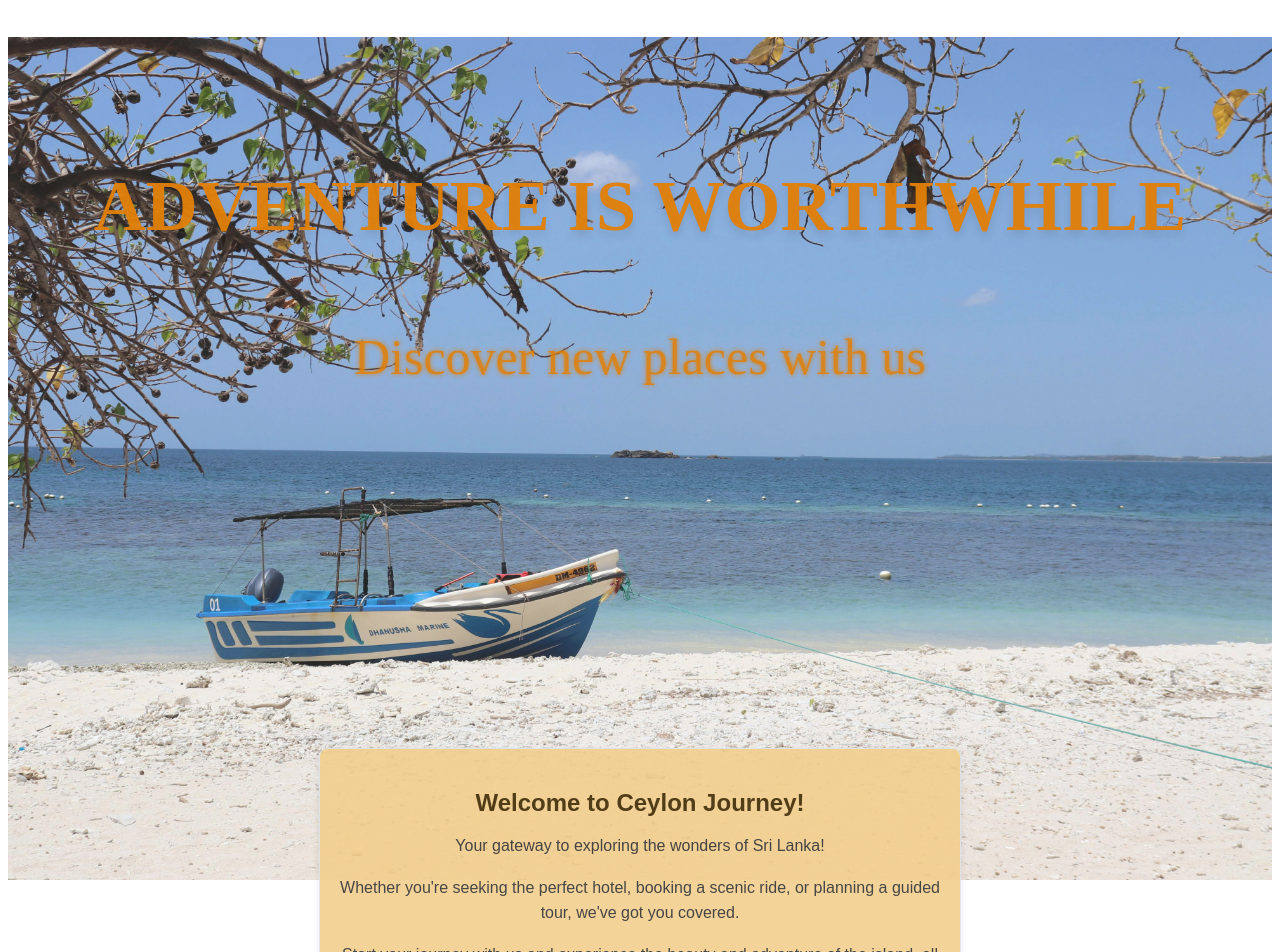
Repository: KasunInd27/Ceylon-Journey
Page: Home/home.html
An editor plug-in stored every save of this project. The page is shown before and after the next save, followed by the edit.
The browser window is 1280 px wide. The pictures show the part of the page from y = 0 to 952 px (the page is 1542 px tall).
A picture or video elsewhere on the page could not be fetched, so the positions and the page height are approximate.

Above is the page before, as saved 2024-10-05 16:07:35.
Console error: SyntaxError: Unexpected token '<'

### Home/home.html
<!DOCTYPE html>
<html lang="en">
<head>
    <meta charset="UTF-8">
    <meta name="viewport" content="width=device-width, initial-scale=1.0">
    <!-- Font Awesome CDN link for using icons -->
    <link rel="stylesheet" href="https://cdnjs.cloudflare.com/ajax/libs/font-awesome/5.15.3/css/all.min.css">
    <link href="https://fonts.googleapis.com/css2?family=Roboto:wght@400;700&display=swap" rel="stylesheet">

    <link rel="stylesheet" href="CSS/home.css">
    <script src="JS/home.js"></script>
    <style>
        .mySlides {display:none;}
    </style>
    <title>Home Page</title>
</head>
<body>
    <section class="home" id="home">
        <div class="content">
            <h3>adventure is worthwhile</h3>
            <p>Discover new places with us</p>
        </div>

        <div class="slide">
            <img class="homeSlides" src="../image/train.jpg" style="width:100%">
            <img class="homeSlides" src="../image/boat.jpg" style="width:100%">
            <img class="homeSlides" src="../image/fish.jpg" style="width:100%">
        </div>
    </section>

    <section class="welcome">
        <h2>Welcome to Ceylon Journey!</h2>
        <p>Your gateway to exploring the wonders of Sri Lanka!</p>
        <p>Whether you're seeking the perfect hotel, booking a scenic ride, or planning a guided tour, we've got you covered.</p>
        <p>Start your journey with us and experience the beauty and adventure of the island, all in one place.</p>
    </section>

    <div class="details">
        <div class="detailsInner">
            <h2>300 + hotel</h2>
            <a href="#"><img src="../image/hotel-home.jpg"></a>
            <a href="#"><p>For affordable prices</p></a>
        </div>

        <div class="detailsInner">
            <h2>Discover beauty of Sri Lanka</h2>
            <a href="#"><img src="../image/place-home.jpg"></a>
            <a href="#"><p>Most trending destinations</p></a>
        </div>

        <div class="detailsInner">
            <h2>Fascinating Discount</h2>
            <a href="#"><img src="../image/discount-home.jpg"></a>
            <a href="#"><p>Enjoy discount for your stay</p></a>
        </div>
    </div>








    <script>
        var myIndex = 0;
        carousel();

        function carousel() {
          var i;
          var x = document.getElementsByClassName("homeSlides");
          for (i = 0; i < x.length; i++) {
            x[i].style.display = "none";
          }
          myIndex++;
          if (myIndex > x.length) {myIndex = 1}
          x[myIndex-1].style.display = "block";
          setTimeout(carousel, 4000); // Change image every 2 seconds
        }
        </script>




</body>
</html>

### Home/CSS/home.css
.home.controls {
    padding: 1rem;
    border-radius: 5rem;
    background: rgba(169, 1, 1, 0.7);
    position: relative;
    top: 10rem;

}

.home .controls .img-btn {

    height: 2rem;
    width: 2rem;
    display: inline-block;
    border-radius: 50%;
    background: #fff;
    cursor: pointer;
    margin: 0 .5rem;

}
.home .controls .img-btn.active {
    background: var(--orange);
}

.content
{
    margin-top: -200px;
    text-shadow: 0px 0px 5px;
}

#home {
    min-height: 100vh;
    /* Ensures it takes up the full viewport height */
    display: flex;
    /* Enables flexbox layout */
    align-items: center;
    /* Vertically centers content */
    justify-content: center;
    /* Horizontally centers content */
    flex-flow: column;
    /* Aligns children in a column layout */
    position: relative;
    /* Allows child elements to use absolute positioning */
    z-index: 0;
    /* Ensures this section has the correct stacking order */
    margin-left: 0px;
    margin-right: 0px;
}
.home .content {
    text-align: center;
    /* Centers the text within the .content container */
}
/* Styles for h3 elements inside the .content class within the .home section */

.home .content h3 {
    font-size: 4.5rem;
    /* Sets a large font size for the heading */
    color: #e17f08f4;
    /* White text color */
    text-transform: uppercase;
    /* Makes the text uppercase */
    text-shadow: 0 .3rem .5rem rgba(0, 0, 0, .1);
    /* Adds a soft shadow to the text */
}

.home .content p {
    font-size: 2.5rem;
    /* Sets the font size for paragraphs inside the .content class in the .home section */
    color: #e17f08f4;
    /* Sets the text color to white */
    padding: 0.5rem 0;
    /* Adds vertical padding (top and bottom) of 0.5rem */
    opacity: 0.90;
    z-index: -1;
    font-size: 50px;
}


.slide
{
    margin-top: -590px;
    background-size:contain;
    background-position:center;
    background-repeat: no-repeat;
    position:absolute;
    width: 100%;
    height: 10%;
    opacity: 0.90;
    z-index: -1;
}

.welcome {
    background-color: #f3cf8e; /* Light background */
    border: 1px solid #dee2e6; /* Border around the section */
    border-radius: 8px; /* Rounded corners */
    padding: 20px; /* Padding inside the section */
    margin: 20px auto; /* Center the section */
    max-width: 600px; /* Maximum width */
    text-align: center; /* Center text */
    box-shadow: 0 4px 8px rgba(0, 0, 0, 0.1); /* Subtle shadow for depth */
    font-family: 'Playwrite Deutschland Grundschrift', sans-serif; /* Apply the Roboto font */
    z-index: -1;
    opacity: 0.90;
}

.welcome h2 {
    color: #412b03; /* Primary color for heading */
    margin-bottom: 15px; /* Space below the heading */
    z-index: -5;
}

.welcome p {
    color: #333; /* Dark gray for text */
    line-height: 1.6; /* Improved line spacing */
    margin-bottom: 10px; /* Space below paragraphs */
    z-index: -5;
}

.details{
    display: flex;
}

.detailsInner {
    background-color: white;
    box-shadow: 0px 0px 10px rgba(0, 0, 0, 0.3);
    border-radius: 5px;
    align-items:self-start;
    margin: 50px;
    height: 390px;
    width: 400px;
}

.detailsInner img {
    width: 100%;
}

.detailsInner img:hover{
    cursor: pointer;
}

.detailsInner h2 {
    color: #dd8d15;
}

.detailsInner a {
    text-decoration: none;
    color: #f1a32d;
}

.detailsInner:hover{
    font-weight: bold;
    cursor: pointer;
    transform: scale(1.1);
}

.details .detailsInner h2
{
    text-align: center;
    align-items: center;
}

.details .detailsInner p
{
    text-align: center;
    align-items: center;
    font-size: 20px;
}

### Home/JS/home.js
<!DOCTYPE html>
<html lang="en">
<head>
    <meta charset="UTF-8">
    <meta name="viewport" content="width=device-width, initial-scale=1.0">
    <!-- Font Awesome CDN link for using icons -->
    <link rel="stylesheet" href="https://cdnjs.cloudflare.com/ajax/libs/font-awesome/5.15.3/css/all.min.css">
    <link href="https://fonts.googleapis.com/css2?family=Roboto:wght@400;700&display=swap" rel="stylesheet">

    <link rel="stylesheet" href="CSS/home.css">
    <script src="JS/home.js"></script>
    <style>.imgSlide {display:none;}</style>
    <title>Home Page</title>
</head>
<body>
    <section class="home" id="home">
        <div class="content">
            <h3>adventure is worthwhile</h3>
            <p>discover new places with us,adventure awaits</p>
            <a href="#" class="btn">discover more</a>
        </div>

        <div class="image-slide" style="max-width:500px">
            <img class="imgSlide" src="../image/train.jpg" style="width:100%">
            <img class="imgSlide" src="../image/elephants.jpg" style="width:100%">
            <img class="imgSlide" src="../image/boats.jpg" style="width:100%">
            <img class="imgSlide" src="../image/fish.jpg" style="width:100%">
            <img class="imgSlide" src="../image/arc.jpg" style="width:100%">

        </div>


    </section>
</body>
</html>

After the next save:
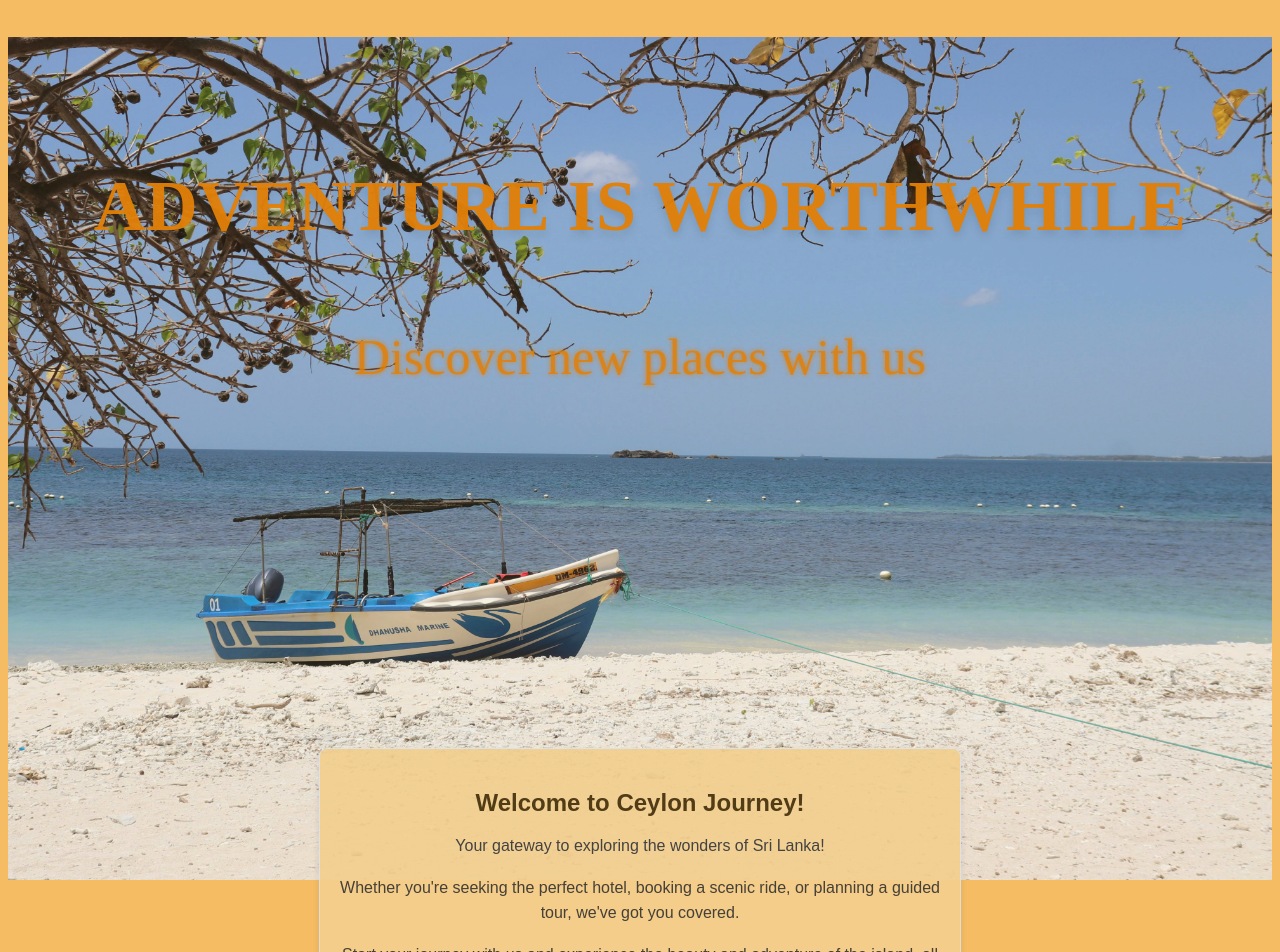
Saved 70 s later.
--- a/Home/CSS/home.css
+++ b/Home/CSS/home.css
@@ -1,3 +1,7 @@
+body{
+    background-color: #f6bc64;
+}
+
 .home.controls {
     padding: 1rem;
     border-radius: 5rem;
